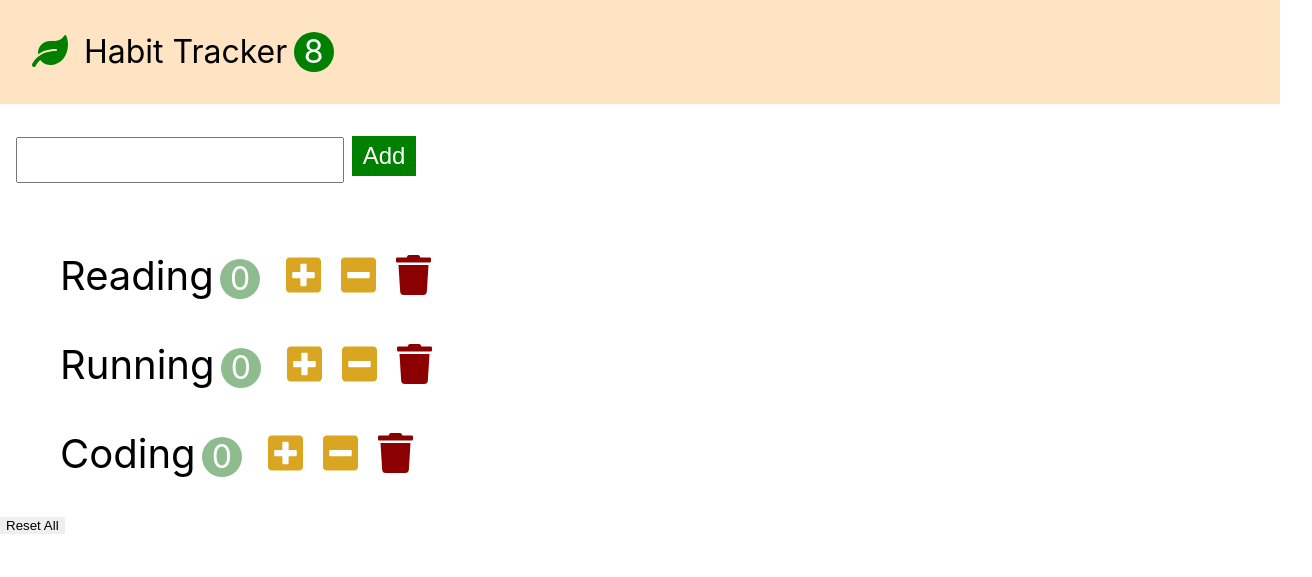
Repository: keehoonjung/react-habit-tracker
Page: / (app in react/habit-tracker/)
The author's editor kept a copy of each file at every save. The page is drawn from the files as they stood at one save, then again after the next save.
The browser window is 1280 px wide. The page is 1312 px wide, so the pictures cover 1312 px, including what lies to the right of the window. The pictures show the whole page.
The project was rebuilt for these pictures with package versions that can differ from the ones it lists, and the page was loaded fresh each time.

Above is the page before, as saved 2021-08-30 18:39:08.

After the next save:
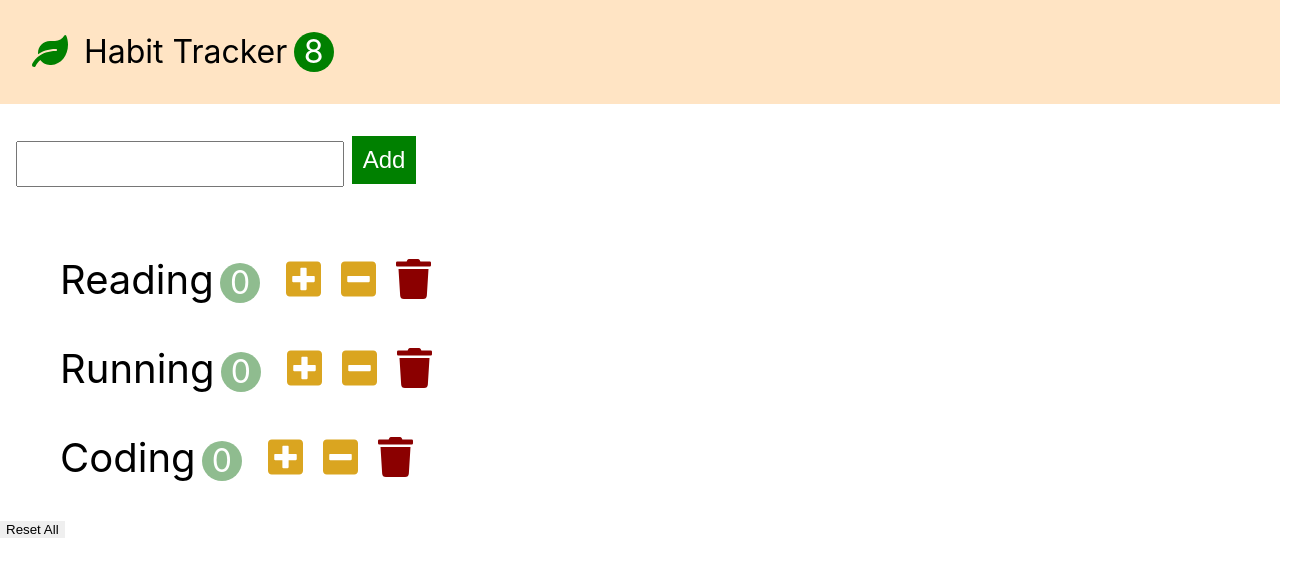
Saved 8 s later.
--- a/react/habit-tracker/src/app.css
+++ b/react/habit-tracker/src/app.css
@@ -41,7 +41,7 @@ button {
 
 .habit-input {
   font-size: 1.5rem;
-  height: 2.5rem;
+  height: 3rem;
   width: 4rem;
   margin-left: 0.5rem;
   background-color: green;
